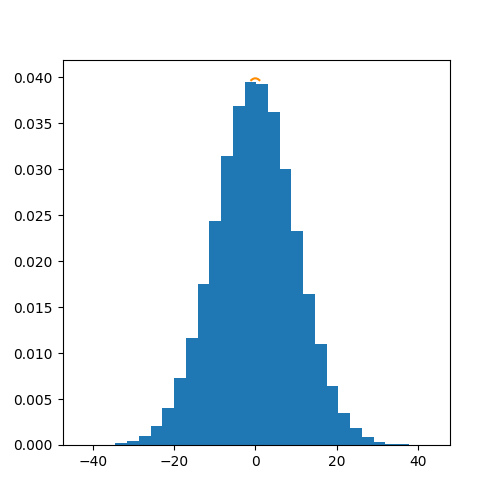
Repository: nishimuraHikar/PythonShowGraph
Script's output: python main.py
These files come from the project's save history. The script's output is drawn as it stood at one moment and after the next save; the edit follows.
Random numbers start from a fixed seed.

Above is the script's output before, as saved 2022-03-03 02:10:28.

### main.py
from time import time
import graph
import numpy as np

datafile = 'predict.csv'

timedata = graph.ReadColumn(datafile,0)
forcedatax = graph.ReadColumn(datafile, 1)
predictdatax = graph.ReadColumn(datafile, 2)
forcedatay = graph.ReadColumn(datafile, 3)
predictdatay = graph.ReadColumn(datafile, 4)

# graph.graph_1data(timedata, rawdata, "Raw Data")
# graph.graph_2data(timedata, rawdata, predictdata, "Raw Data", "Predict Data")
# graph.multiplot_2and1(timedata, forcedatax, predictdatax, forcedatay,predictdatay, "Actual X", "Predict X", "Actual Y", "Predict Y")
graph.histgram(np.random.normal(0, 10, 100000), 30, 10)

### graph.py
import numpy as np
import matplotlib.pyplot as plt
import pandas as pd
from scipy.stats import norm

def ReadColumn(csv, line_num): #csvと列番号を指定
    #csvからndarray型に変換
    csvdata = pd.read_csv(csv, header=0, usecols=[line_num])
    # csvから読んだデータをnumpyの行列に入れる
    array = csvdata.values
    return array

# グラフ表示
# 1つのグラフ
def graph_1data(x_data, y_data, labelname):
    plt.rcParams['font.family'] = 'Times New Roman'
    plt.rcParams["xtick.direction"] = "in"
    plt.rcParams["ytick.direction"] = "in"
    plt.rcParams["xtick.major.width"] = 1.5
    plt.rcParams["ytick.major.width"] = 1.5
    plt.rcParams["font.size"] = 14
    plt.rcParams["axes.linewidth"] = 1.5

    plt.plot(x_data, y_data, c="darkorange", label=labelname)
    np.linspace(min(x_data), max(x_data), 100)
    # plt.ylim(-1.55, 1.55)
    # plt.ylim(min(y_data), max(y_data))
    plt.xlabel("Time[sec]", fontname = 'Times New Roman')
    plt.ylabel("Force[N]", fontname = 'Times New Roman')
    plt.legend()
    # plt.savefig('NNresult.png') #PNGファイル生成
    plt.show()


# 2つのグラフ
def graph_2data(x_data, y1_data, y2_data, labelname1, labelname2):
    plt.rcParams['font.family'] = 'Times New Roman'
    plt.rcParams["xtick.direction"] = "in"
    plt.rcParams["ytick.direction"] = "in"
    plt.rcParams["xtick.major.width"] = 1.5
    plt.rcParams["ytick.major.width"] = 1.5
    plt.rcParams["font.size"] = 14
    plt.rcParams["axes.linewidth"] = 1.5

    plt.plot(x_data, y1_data, c="darkorange", label=labelname1)
    plt.plot(x_data, y2_data, c="blue", label=labelname2)
    np.linspace(min(x_data), max(x_data), 100)
    # plt.ylim(-0.01, 0.01)
    # plt.ylim(min(y_data), max(y_data))
    plt.xlabel("Time[sec]", fontname = 'Times New Roman')
    plt.ylabel("Force[N]", fontname = 'Times New Roman')
    plt.legend()
# <<<<<<< HEAD
#     plt.savefig('NNresult.png') #PNGファイル生成
#     plt.show()

# マルチプロット2行1列
def multiplot_2and1(x_data, y_data1a, y_data1b, y_data2a, y_data2b, labelname1, labelname2, labelname3, labelname4):
    plt.rcParams['font.family'] = 'Times New Roman'
    plt.rcParams["xtick.direction"] = "in"
    plt.rcParams["ytick.direction"] = "in"
    plt.rcParams["xtick.major.width"] = 1.5
    plt.rcParams["ytick.major.width"] = 1.5
    plt.rcParams["font.size"] = 16
    plt.rcParams["axes.linewidth"] = 1.5

    plt.figure(figsize=[9, 7])
    # ax1 = fig.add_subplot(2, 1, 1)
    # ax2 = fig.add_subplot(2, 1, 2)

    plt.subplot(211)
    plt.plot(x_data, y_data1a, c="darkorange", label=labelname1)
    plt.plot(x_data, y_data1b, c="blue", label=labelname2)
    plt.ylabel("Force[N]", fontname = 'Times New Roman')
    plt.xlim(0, 60)
    plt.ylim(-0.1, 0.2)
    plt.axvspan(40, 60, color="gray", alpha=0.3)
    plt.legend(loc = 'upper left')

    plt.subplot(212)
    plt.plot(x_data, y_data2a, c="darkorange", label=labelname3)
    plt.plot(x_data, y_data2b, c="blue", label=labelname4)
    plt.ylabel("Force[N]", fontname = 'Times New Roman')
    plt.xlim(0, 60)
    plt.ylim(-0.1, 0.2)

    np.linspace(min(x_data), max(x_data), 100)
    plt.xlabel("Time[sec]", fontname = 'Times New Roman')
    plt.axvspan(40, 60, color="gray", alpha=0.3)
    plt.legend(loc = 'upper left')

    plt.tight_layout()
    plt.savefig("result.pdf")
    plt.show()

# ヒストグラム
def histgram(data, binsnum, scale):
    fig = plt.figure(figsize = [5,5])
    ax = fig.add_subplot(111)
    ax.hist(data, bins = binsnum, density = True)
    X = np.linspace(-1.0, 1.0, 100)
    Y = norm.pdf(X, loc=0, scale=scale)
    ax.plot(X, Y, c="darkorange")
    plt.show()

Loaded but not shown: predict.csv (59902 lines, source omitted)

After the next save:
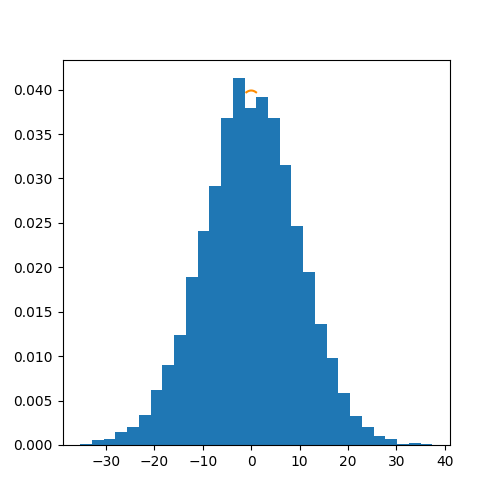
Saved 11 s later.
--- a/main.py
+++ b/main.py
@@ -13,4 +13,4 @@ predictdatay = graph.ReadColumn(datafile, 4)
 # graph.graph_1data(timedata, rawdata, "Raw Data")
 # graph.graph_2data(timedata, rawdata, predictdata, "Raw Data", "Predict Data")
 # graph.multiplot_2and1(timedata, forcedatax, predictdatax, forcedatay,predictdatay, "Actual X", "Predict X", "Actual Y", "Predict Y")
-graph.histgram(np.random.normal(0, 10, 100000), 30, 10)
+graph.histgram(np.random.normal(0, 10, 10000), 30, 10)
